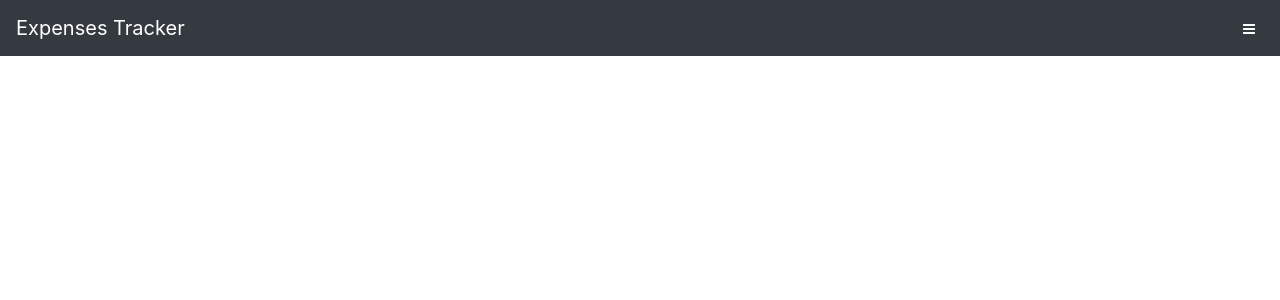
Repository: yucheng91/CI3-expenses-manager
Page: http://localhost/home
The author's editor kept a record of every edit. The page is drawn from the files as they stood at one moment, then again after the next edit.
The browser window is 1280 px wide. The pictures show the whole page.
The page is served by the project's application, run on Flask 3 (app.py).

Above is the page before.

After the next edit:
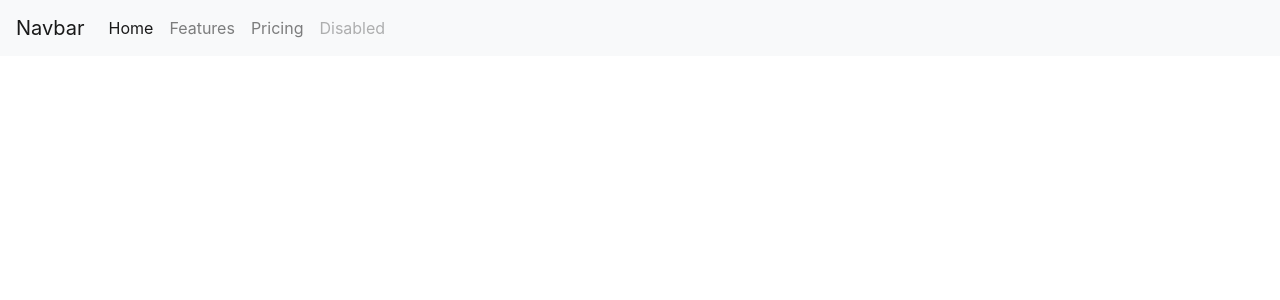
The edit:
--- a/templates/index.html
+++ b/templates/index.html
@@ -16,12 +16,29 @@
 
 <body>
     <!--Top Nav-->
-    <nav class="navbar navbar-dark bg-dark">
-        <a class="navbar-brand mr-1" href="index.html">Expenses Tracker</a>
-            <button class="btn btn-link btn-sm text-white order-1 order-sm-0" id="sidebarToggle" href="#">
-      <i class="fa fa-bars" aria-hidden="true"></i>
-    </button>
+    <nav class="navbar navbar-expand-lg navbar-light bg-light">
+  <a class="navbar-brand" href="#">Navbar</a>
+  <button class="navbar-toggler" type="button" data-toggle="collapse" data-target="#navbarNav" aria-controls="navbarNav" aria-expanded="false" aria-label="Toggle navigation">
+    <span class="navbar-toggler-icon"></span>
+  </button>
+  <div class="collapse navbar-collapse" id="navbarNav">
+    <ul class="navbar-nav">
+      <li class="nav-item active">
+        <a class="nav-link" href="#">Home <span class="sr-only">(current)</span></a>
+      </li>
+      <li class="nav-item">
+        <a class="nav-link" href="#">Features</a>
+      </li>
+      <li class="nav-item">
+        <a class="nav-link" href="#">Pricing</a>
+      </li>
+      <li class="nav-item">
+        <a class="nav-link disabled" href="#">Disabled</a>
+      </li>
+    </ul>
+  </div>
     </nav>
+
 
 
     <script src="https://code.jquery.com/jquery-3.3.1.slim.min.js" integrity="sha384-q8i/X+965DzO0rT7abK41JStQIAqVgRVzpbzo5smXKp4YfRvH+8abtTE1Pi6jizo" crossorigin="anonymous"></script>
